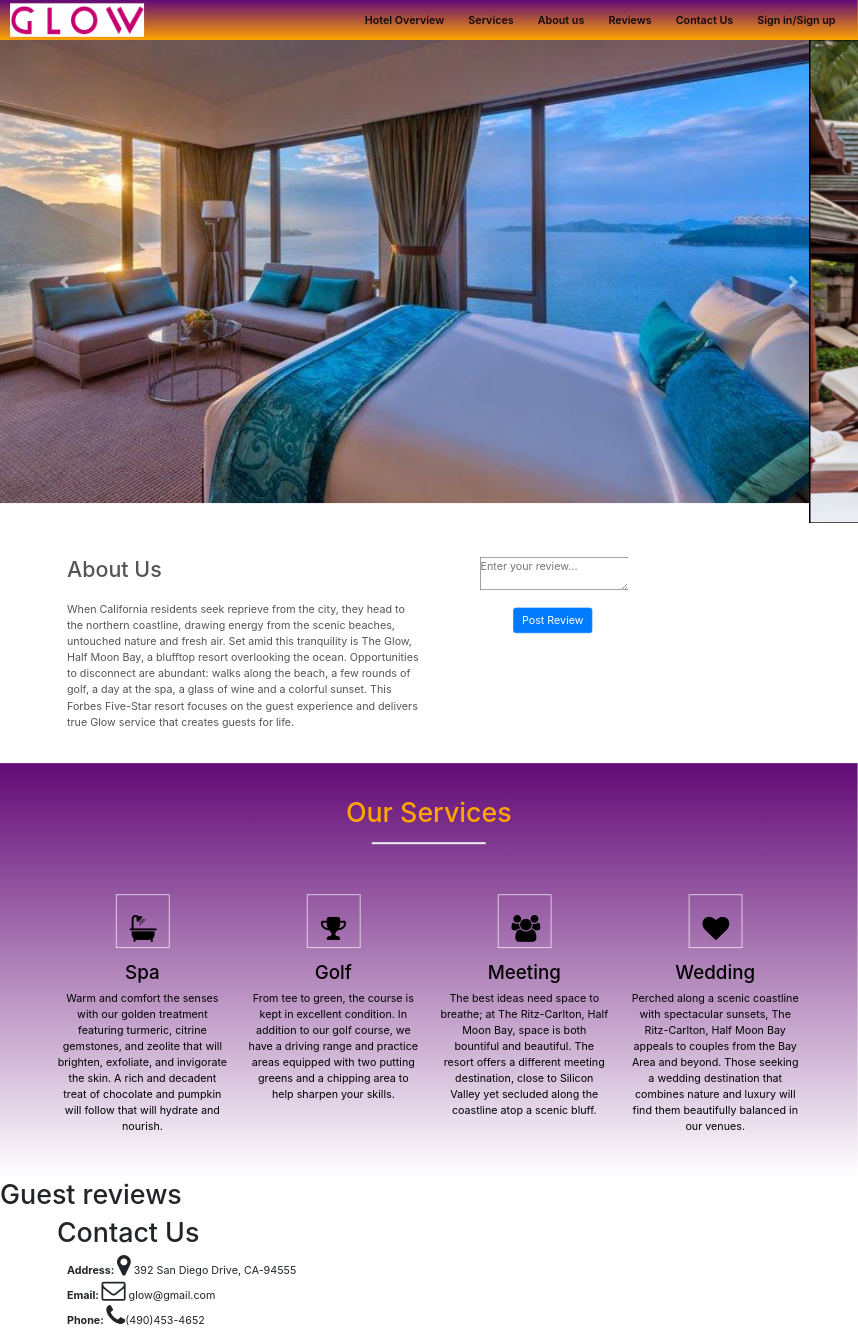
Repository: M-p1998/solo-dojo-project
Page: http://localhost/hotel/WEB-INF/hotel/home.jsp
The author's editor kept a copy of each file at every save. The page is drawn from the files as they stood at one save, then again after the next save.
The browser window is 1280 px wide. The pictures show the whole page, at 67% of full size.
Backgrounds fixed to the window are drawn as part of the page. Some web libraries are served in a nearby version. The page is served by Tomcat 9. Nobody is signed in. Other server files are loaded and not shown. The template is opened directly, without the code that normally fills it, so the values that code supplies are empty.

Above is the page before, as saved 2022-02-13 18:01:56.

### hotel/src/main/webapp/WEB-INF/hotel/home.jsp
<%@ page language="java" contentType="text/html; charset=UTF-8"
	pageEncoding="UTF-8"%>
<%@ taglib prefix="c" uri="http://java.sun.com/jsp/jstl/core"%>
<%@ taglib prefix="form" uri="http://www.springframework.org/tags/form"%>
<!DOCTYPE html>
<html>
<head>
<meta charset="UTF-8">

<link href="/css/home.css" rel="stylesheet" type="text/css">
<link rel="stylesheet"
	href="https://stackpath.bootstrapcdn.com/bootstrap/4.3.1/css/bootstrap.min.css">
<script src="https://code.jquery.com/jquery-3.2.1.slim.min.js"></script>
<script
	src="https://cdnjs.cloudflare.com/ajax/libs/popper.js/1.12.9/umd/popper.min.js"></script>
<script
	src="https://maxcdn.bootstrapcdn.com/bootstrap/4.0.0/js/bootstrap.min.js"></script>
<link rel="stylesheet"
	href="https://stackpath.bootstrapcdn.com/font-awesome/4.7.0/css/font-awesome.min.css">

<title>Hotel Glow</title>
</head>
<body>

	<section id="nav-bar">
		<nav class="navbar navbar-expand-lg navbar-light">
			<div class="container-fluid">
				<a class="navbar-brand" href="#"><img src="/image/hotelLogo.png"
					width="200" height="50"></a>

				<div class="collapse navbar-collapse" id="navbarNav">
					<ul class="navbar-nav ml-auto">
						<li class="nav-item active "><a class="nav-link" href="#">Hotel
								Overview</a></li>
						<li class="nav-item active "><a class="nav-link"
							href="#services">Services</a></li>
						<li class="nav-item active"><a class="nav-link" href="#about">About
								us</a></li>
						<li class="nav-item active"><a class="nav-link"
							href="#reviews">Reviews</a></li>
						<li class="nav-item active"><a class="nav-link"
							href="#contact">Contact Us</a></li>
						<li class="nav-item active"><a class="nav-link"
							href="/registration">Sign in/Sign up</a></li>
					</ul>
				</div>
			</div>
		</nav>
	</section>

	<div id="slider">
		<div id="headerSlider" class="carousel slide" data-ride="carousel">
			<ol class="carousel-indicators">
				<li data-target="#headerSlider" data-slide-to="0"></li>
				<li data-target="#headerSlider" data-slide-to="1"></li>
				<li data-target="#headerSlider" data-slide-to="2"></li>
			</ol>
			<div class="carousel-inner">
				<div class="carousel-item active">
					<img src="/image/img2.jpg" class="d-block w-100">
				</div>
				<div class="carousel-item">
					<img src="/image/img3.jpg" class="d-block w-100">
				</div>
				<div class="carousel-item">
					<img src="/image/h4.jpg" class="d-block w-100">
				</div>
			</div>
			<a class="carousel-control-prev" role="button" href="#headerSlider"
				data-slide="prev"> <span class="carousel-control-prev-icon"
				aria-hidden="true"></span> <span class="sr-only">Previous</span>
			</a> <a class="carousel-control-next" role="button" href="#headerSlider"
				data-slide="next"> <span class="carousel-control-next-icon"
				aria-hidden="true"></span> <span class="sr-only">Next</span>
			</a>
		</div>
	</div>

	<section id="about">
		<div class="container">
			<div class="d-flex">
				<div class="col-md-6">
					<h2>About Us</h2>
					<div class="about-content">When California residents seek
						reprieve from the city, they head to the northern coastline,
						drawing energy from the scenic beaches, untouched nature and fresh
						air. Set amid this tranquility is The Glow, Half Moon Bay, a
						blufftop resort overlooking the ocean. Opportunities to disconnect
						are abundant: walks along the beach, a few rounds of golf, a day
						at the spa, a glass of wine and a colorful sunset. This Forbes
						Five-Star resort focuses on the guest experience and delivers true
						Glow service that creates guests for life.</div>
				</div>
				<div class="col-md-4 text-center">
					<form:form action="/createReviews" method="post"
						modelAttribute="PostAReview">
						<form:label path="reviews"></form:label>
						<form:errors path="reviews" class="text-danger"
							style="font-size: 20px" />
						<form:textarea class="textarea" placeholder="Enter your review..."
							path="reviews" />
						<a href="/reviews"><button class="reviewBtn btn btn-primary">Post
								Review</button></a>
					</form:form>
				</div>
			</div>
		</div>
	</section>

	<!-- services -->
	<section id="services">
		<div class="container">
			<h1>Our Services</h1>
			<div class="row services">
				<div class="col-md-3 text-center">
					<div class="icon">
						<i class="fa fa-bath"></i>
					</div>
					<h3>Spa</h3>
					<p>Warm and comfort the senses with our golden treatment
						featuring turmeric, citrine gemstones, and zeolite that will
						brighten, exfoliate, and invigorate the skin. A rich and decadent
						treat of chocolate and pumpkin will follow that will hydrate and
						nourish.</p>
				</div>
				<div class="col-md-3 text-center">
					<div class="icon">
						<i class="fa fa-trophy"></i>
					</div>
					<h3>Golf</h3>
					<p>From tee to green, the course is kept in excellent
						condition. In addition to our golf course, we have a driving range
						and practice areas equipped with two putting greens and a chipping
						area to help sharpen your skills.</p>
				</div>
				<div class="col-md-3 text-center">
					<div class="icon">
						<i class="fa fa-users"></i>
					</div>
					<h3>Meeting</h3>
					<p>The best ideas need space to breathe; at The Ritz-Carlton,
						Half Moon Bay, space is both bountiful and beautiful. The resort
						offers a different meeting destination, close to Silicon Valley
						yet secluded along the coastline atop a scenic bluff.</p>
				</div>
				<div class="col-md-3 text-center">
					<div class="icon">
						<i class="fa fa-heart"></i>
					</div>
					<h3>Wedding</h3>
					<p>Perched along a scenic coastline with spectacular sunsets,
						The Ritz-Carlton, Half Moon Bay appeals to couples from the Bay
						Area and beyond. Those seeking a wedding destination that combines
						nature and luxury will find them beautifully balanced in our
						venues. </p>
				</div>
			</div>
		</div>
	</section>

	<section id="reviews">
		<h1>Guest reviews</h1>
		<div class="d-flex">
			<div class="hero">
				<div class="review-box">
					<div id="slide">
						<c:forEach items="${write}" var="review">
							<div class="card">
								<p>${review.reviews}</p>
							</div>
						</c:forEach>
					</div>

					<div class="sidebar">
						<img src="/image/up-arrow.png" id="upArrow"> <img
							src="/image/down-arrow.png" id="downArrow">
					</div>
				</div>


			</div>
		</div>
	</section>

	<section id="contact">
		<div class="container">
			<h1>Contact Us</h1>
			<div class="col-md-6 contact-info">
				<div class="follow">
					<b>Address: </b> <i class="fa fa-map-marker"
						style="font-size: 36px"></i> 392 San Diego Drive, CA-94555
				</div>
				<div class="follow">
					<b>Email: </b> <i class="fa fa-envelope-o" style="font-size: 36px"></i>
					glow@gmail.com
				</div>
				<div class="follow">
					<b>Phone: </b> <i class="fa fa-phone" style="font-size: 36px"></i>(490)453-4652
				</div>
			</div>
		</div>
	</section>

	<script
		src="https://cdnjs.cloudflare.com/ajax/libs/jquery/3.6.0/jquery.min.js"></script>
	<script src="/js/main.js"></script>

	<script>
		var slide = document.getElementById("slide");
		var upArrow = document.getElementById("upArrow");
		var downArrow = document.getElementById("downArrow");

		let x = 0;

		upArrow.onclick = function() {
			if (x > "-4000") {
				x = x - 300;
				slide.style.top = x + "px";
			}
		}

		downArrow.onclick = function() {
			if (x < 0) {
				x = x + 300;
				slide.style.top = x + "px";
			}
		}
	</script>

</body>
</html>

### hotel/src/main/webapp/css/home.css
@charset "UTF-8";

*{
	margin: 0;
	padding: 0;


}

body{
	font-family: sans-serif;
}

#nav-bar{
	position: sticky;
	top: 0;
	z-index: 10;

}

.navbar{
	background-image: linear-gradient(rgba(98, 10, 117),  rgba(0,0,255,0));
	padding: 0!important;
	background-color: orange;
}

.navbar-nav li{
	padding: 0 10px;
}

.navbar-nav li a{
	color: black;
	font-weight: 600;
	float: right;
	text-align: left;
}

#nav-bar ul li a:hover{
	color: orange !important;
}

.fa-bars{
	color: #fff;
	font-size: 30px !important;
}

.navbar-toggler{
	outline: none !important;
}

/*-----about --------*/
#about{
	padding-top:50px;
	padding-bottom: 50px;
	color: #555;
}

#about .btn{
	margin-top: 20px;
	margin-bottom: 30px;
}

.about-content{
	padding-top: 20px;

}

/* --- services ----*/
#services{
	background-image: linear-gradient(rgba(98, 10, 117), rgba(0,0,255,0));
	background-size: cover;
	background-position: center;
	color: black !important;
	background-attachment: fixed;
	padding-top: 50px;
	padding-bottom: 50px;
}

#services h1{
	text-align: center;
	color: orange !important;
	padding-bottom: 10px;
}

#services h1::after{
	content: '';
	background: #efefef;
	display: block;
	height: 3px;
	width: 170px;
	margin: 20px auto 5px;
}

.services{
	margin-top: 40px;
}

.icon{
	font-size: 40px;
	margin: 20px auto;
	padding: 20px;
	height: 80px;
	width: 80px;
	border: 1px solid #fff;
}

/* .skills-bar p{
	margin-bottom: 6px;
	font-weight: 600;
}

.progress-bar{
	border-radius: 16px;

}
.progress{
	border-radius: 16px !important;
	margin-bottom: 20px;
} */
/*--------------*/
/* #slider{
	width: 100%;
} */
/* .carousel-caption{
	top: 50%;
	transform: translateY(-50%);
	bottom: initial!important;
} */

### hotel/src/main/webapp/js/main.js

var indexValue= 1;
showImg(indexValue);

function side_slide(e){
	showImg(indexValue += e);
}
function showImg(e){
	var i;
	const img = document.querySelectorAll('img');
	if(e > img.length){
		indexValue = 1
	}
	if(e < 1){
		indexValue = img.length
	}
	for(i = 0; i<img.length; i++){
		img[i].style.display = "none";
	}
	img[indexValue - 1].style.display = "block";
}

After the next save:
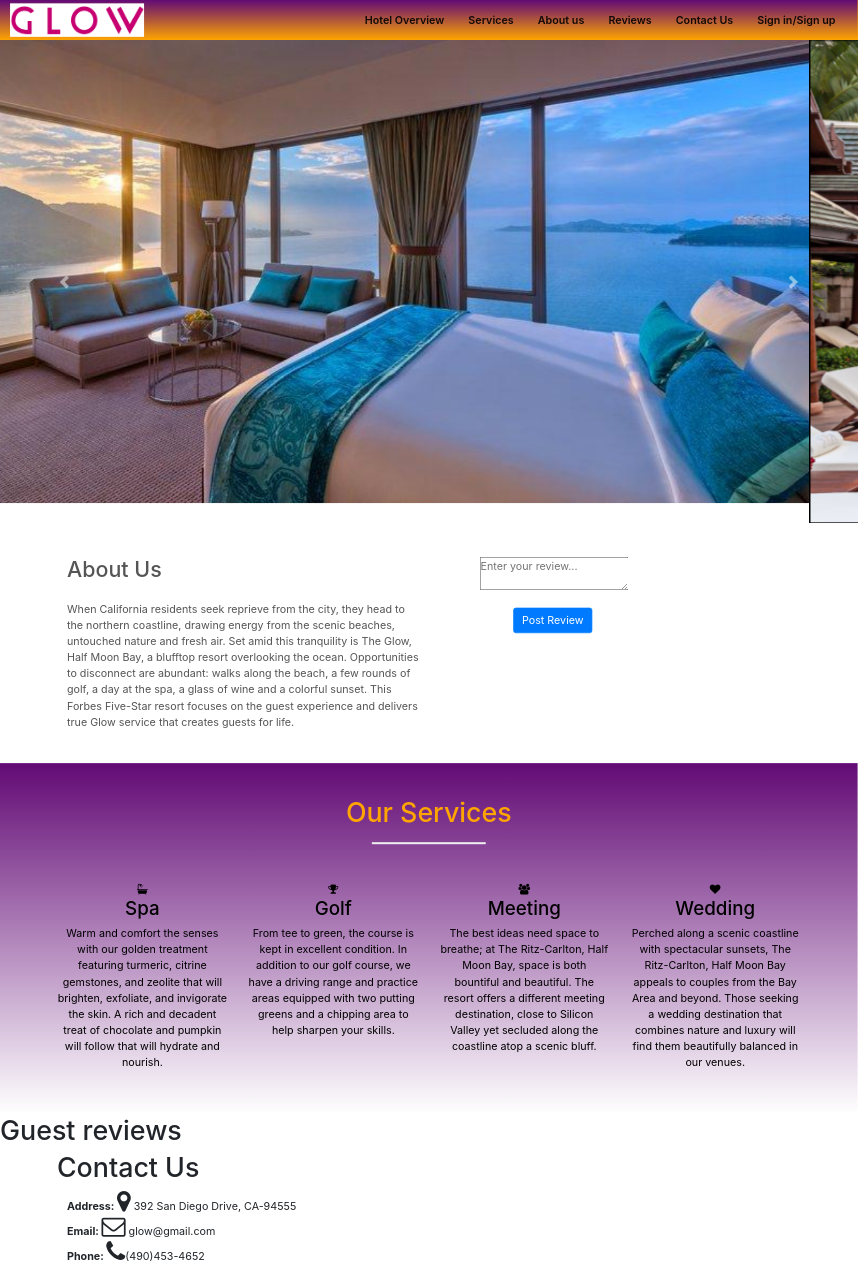
Saved 115 s later.
--- a/hotel/src/main/webapp/css/home.css
+++ b/hotel/src/main/webapp/css/home.css
@@ -95,14 +95,14 @@
 	margin-top: 40px;
 }
 
-.icon{
+/* .icon{
 	font-size: 40px;
 	margin: 20px auto;
 	padding: 20px;
 	height: 80px;
 	width: 80px;
 	border: 1px solid #fff;
-}
+} */
 
 /* .skills-bar p{
 	margin-bottom: 6px;

After the save that followed:
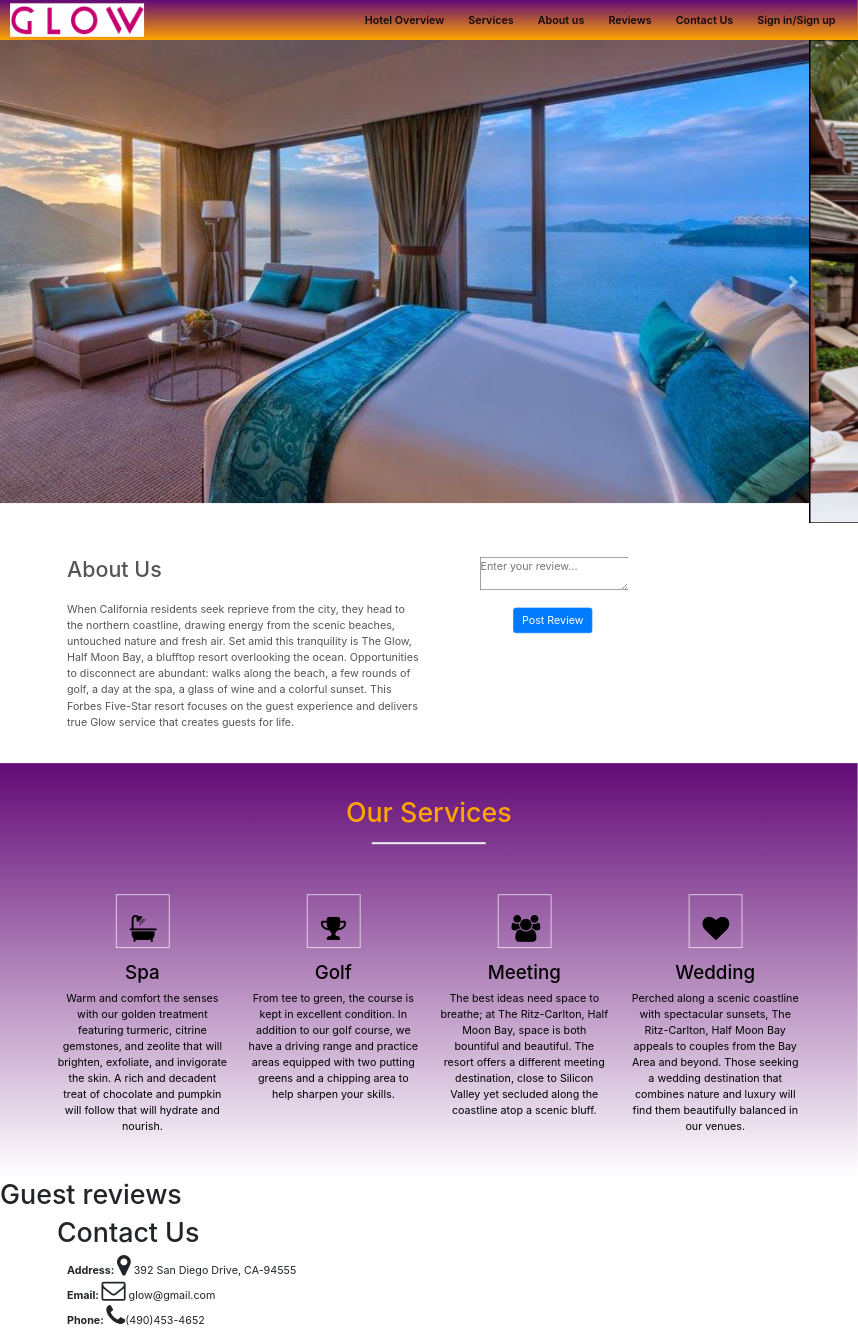
Saved 75 s later.
--- a/hotel/src/main/webapp/css/home.css
+++ b/hotel/src/main/webapp/css/home.css
@@ -95,14 +95,14 @@
 	margin-top: 40px;
 }
 
-/* .icon{
+.icon{
 	font-size: 40px;
 	margin: 20px auto;
 	padding: 20px;
 	height: 80px;
 	width: 80px;
 	border: 1px solid #fff;
-} */
+}
 
 /* .skills-bar p{
 	margin-bottom: 6px;
